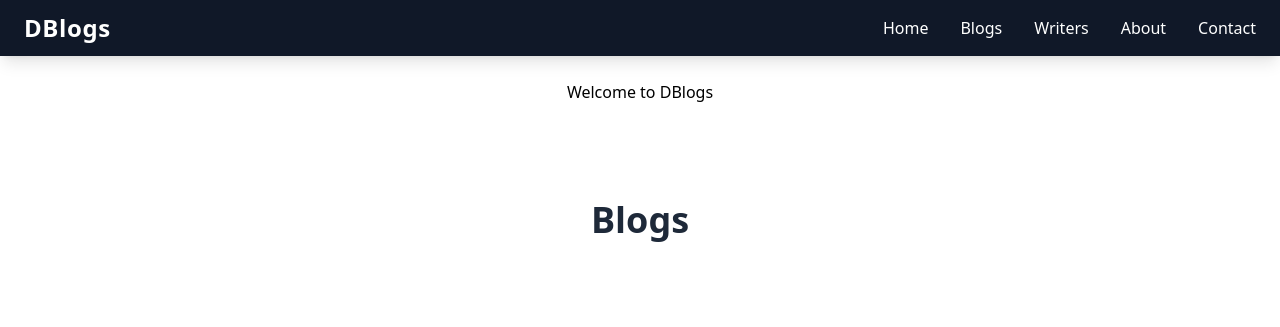
Repository: Devanshk9/DBlogs
Page: / (app in client/)
The author's editor kept a copy of each file at every save. The page is drawn from the files as they stood at one save, then again after the next save.
The browser window is 1280 px wide. The pictures show the whole page.
The page's requests for data from a server got no answer. The project was rebuilt for these pictures with package versions that can differ from the ones it lists, and the page was loaded fresh each time. No one was signed in, and anything a server would have sent is missing. Also part of the build but not shown: client/vite.config.js, client/src/pages/Writers.jsx.

Above is the page before, as saved 2025-08-31 21:53:13.

After the next save:
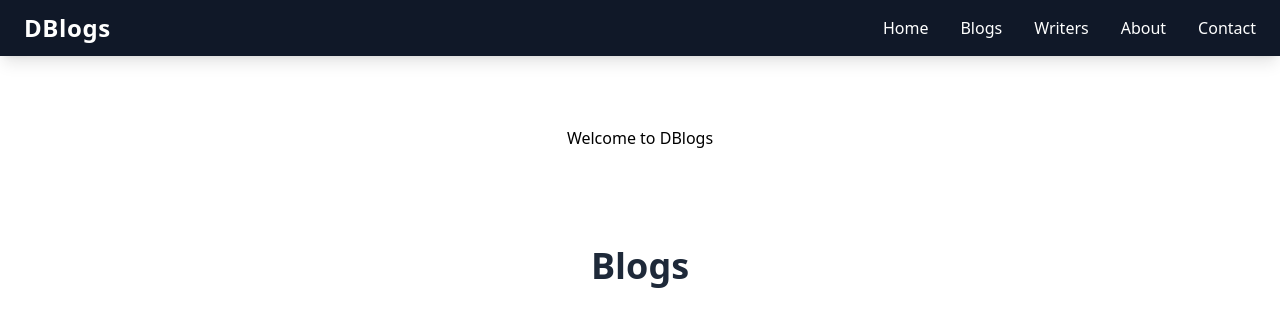
Saved 10 s later.
--- a/client/src/pages/Home.jsx
+++ b/client/src/pages/Home.jsx
@@ -13,7 +13,7 @@
 
       <Navbar />
       <div className="flex flex-col items-center">
-        <h1 className="mt-6">Welcome to DBlogs</h1>
+        <h1 className="mt-[70px]">Welcome to DBlogs</h1>
         <Blogs />
       </div>
     </div>
